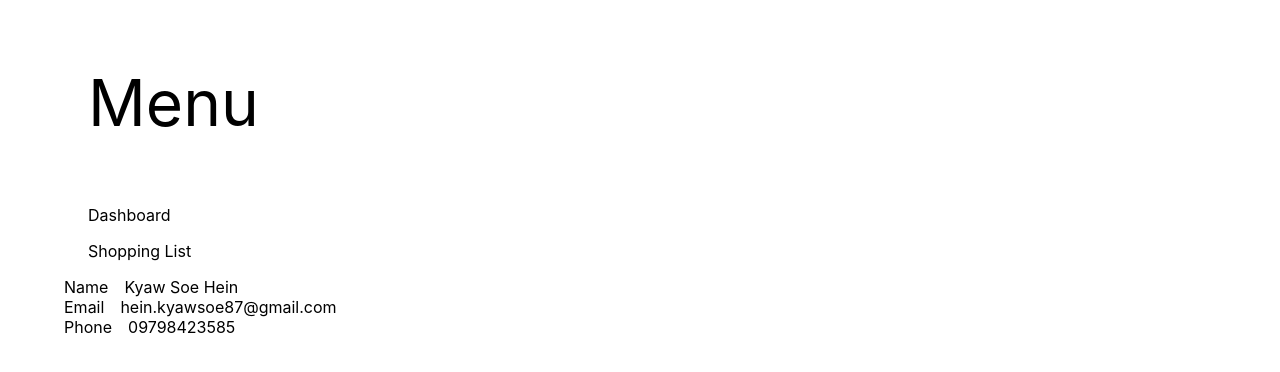
Repository: KyawSoeHein/GoogleAuthReact
Page: /
These files come from the project's save history. The page is drawn as it stood at one moment and after a run of saves; the edit follows.
The browser window is 1280 px wide. The pictures show the whole page.
The project was rebuilt for these pictures with package versions that can differ from the ones it lists, and the page was loaded fresh each time.

Above is the page before, as saved 2022-02-14 18:43:39.

### src/index.tsx
import React from "react";
import ReactDOM from "react-dom";
import "./index.css";
import App from "./App";
import Dashboard from "./View/Dashboard";
import reportWebVitals from "./reportWebVitals";

ReactDOM.render(
  <React.StrictMode>
    <Dashboard />
  </React.StrictMode>,
  document.getElementById("root")
);

// If you want to start measuring performance in your app, pass a function
// to log results (for example: reportWebVitals(console.log))
// or send to an analytics endpoint. Learn more: https://bit.ly/CRA-vitals
reportWebVitals();

### src/View/Dashboard.tsx
import React from "react";
import { Container, Grid, Stack } from "@mui/material";
import MenuSelection from "../Components/MenuSelection";

const Dashboard = () => {
  return (
    <Grid>
      <Container>
        <MenuSelection />

        <Stack direction={"row"} spacing={2}>
          <div>Name</div>
          <div>Kyaw Soe Hein</div>
        </Stack>

        <Stack direction={"row"} spacing={2}>
          <div>Email</div>
          <div>hein.kyawsoe87@gmail.com</div>
        </Stack>

        <Stack direction={"row"} spacing={2}>
          <div>Phone</div>
          <div>09798423585</div>
        </Stack>
      </Container>
    </Grid>
  );
};

export default Dashboard;

### src/Components/MenuSelection.tsx
import React from "react";
import { Container, Grid, Stack } from "@mui/material";
import "../App.css";

const MenuSelection = () => {
  return (
    <Container>
      <p className="menuSelectionTitle">Menu</p>

      <p>Dashboard</p>
      <p>Shopping List</p>
    </Container>
  );
};

export default MenuSelection;

### src/App.css
.App {
  text-align: center;
}

.App-logo {
  height: 40vmin;
  pointer-events: none;
}

@media (prefers-reduced-motion: no-preference) {
  .App-logo {
    animation: App-logo-spin infinite 20s linear;
  }
}

.App-header {
  background-color: #282c34;
  min-height: 100vh;
  display: flex;
  flex-direction: column;
  align-items: center;
  justify-content: center;
  font-size: calc(10px + 2vmin);
  color: white;
}

.App-link {
  color: #61dafb;
}

@keyframes App-logo-spin {
  from {
    transform: rotate(0deg);
  }
  to {
    transform: rotate(360deg);
  }
}

.menuSelectionTitle {
  font-size: 64px;
}

Loaded but not shown: public/index.html (common file); src/index.css (common file); src/reportWebVitals.ts (common file)

After the next 2 saves:
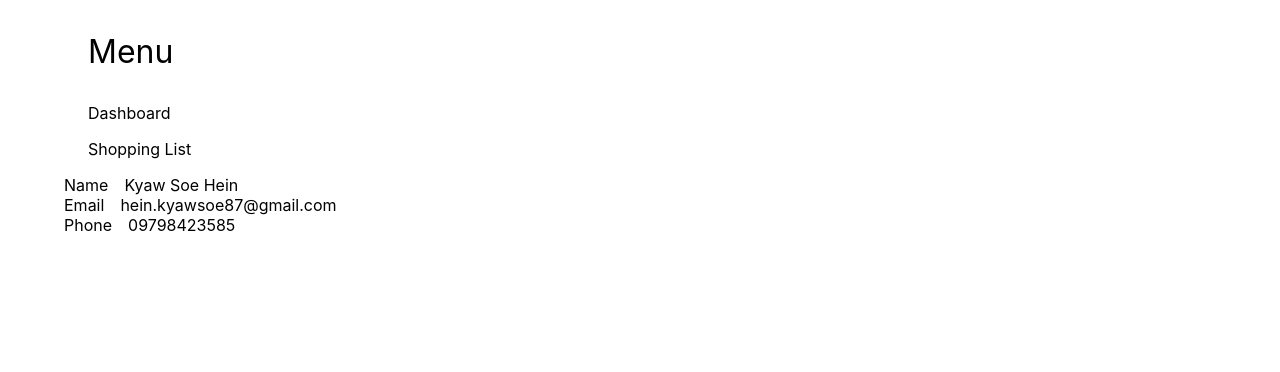
The 2 saves are shown as one change because they came seconds apart.
The last was saved 8 s later.
--- a/src/App.css
+++ b/src/App.css
@@ -38,5 +38,5 @@
 }
 
 .menuSelectionTitle {
-  font-size: 64px;
+  font-size: 32px;
 }
